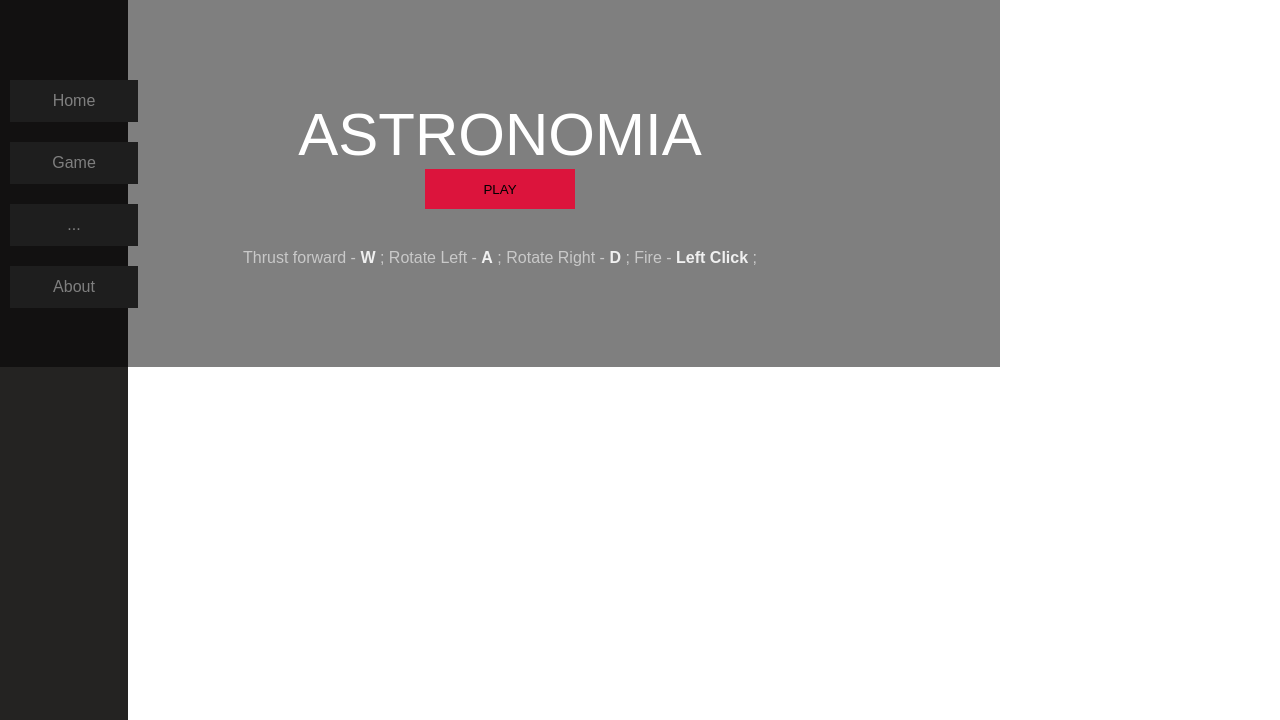
Repository: LaukiniXs/astronomia
Page: index.html
These files come from the project's save history. The page is drawn as it stood at one moment and after the next save; the edit follows.
The browser window is 1280 px wide. The pictures show the whole page.

Above is the page before, as saved 2020-05-18 13:22:11.
Not found: index.ts

### index.html
<html>
	<head>
	<meta charset="UTF-8">
		<title>Fully fledged page</title>
			<link rel="stylesheet" type="text/css" href="style.css">

	</head>
	<body>
		<div id="sidebar">
		<button class="button" style="height:42px; width: 100%; margin-top: 80px;"><a href="">Home</a></button>
		<button class="button" style="height:42px;"><a href="">Game</a></button>
		<button class="button" style="height:42px;"><a href="">...</a></button>
		<button class="button" style="height:42px;"><a href="">About</a></button>
		</div>
		<div id="clearFloat"></div>
		<div id="gamediv">
			<div id="splash">
				<p id="title">ASTRONOMIA</p>
				<button id="play-btn">PLAY</button>
				<p id="controls"> Thrust forward - <span class="controlBtn">W</span> ;
					Rotate Left - <span class="controlBtn">A</span> ;
					Rotate Right - <span class="controlBtn">D</span> ;
					Fire - <span class="controlBtn">Left Click</span> ;</p>
			</div>
			<div id="gameover">
				<p>Game Over</p>
				<p id="tip">Refresh the page to try again</p>
			</div>
			<div id="log"></div>
			<audio id="backgroundMusic" src="./audio/backgroundMusic.mp3" preload loop></audio>
			<script id="game" src="./index.ts"></script>
		</div>
	</body>

</html>

### style.css
* {
    margin: 0px;
    padding: 0px;
    font-family: Arial, Helvetica, sans-serif;
}
#sidebar {
    float: left;
    background-color:#242322;
    width: 10%;
    height: 100%;
}
.button {
    border: 0;
    background: #3d3d3d;
    color: white;
    font-family: Arial, Helvetica, sans-serif;
    font-size: 16px;
    line-height: 18px;
    white-space: nowrap;
    text-decoration: none;
    width: 100%;
    margin: 10px;
    cursor: pointer;
  }
  .floatRight{
    float: right;

  }
  .clearFloat{
    clear: both;
  }
  a {
   text-decoration: none;
    color: white;
  }
  #contents{
    word-wrap: break-word;
    float: left;
    width: 40%;
    height: 100%;
    background-color: violet;
  }
  .contentText{
    margin: 50px 10px;
    font-size: 20px;
  }
  #splash {
    float: left;
    z-index: 10;
    position: absolute;
    background: rgba(0, 0, 0, 0.5);
    width: 1000px;
    padding: 100px 0;
    text-align: center;
}

#play-btn {
    width: 150px;
    height: 40px;
    background-color: crimson;
    border: 0px;
}

#title {
    color: white;
    font-size: 60px;
    font-family: Arial, Helvetica, sans-serif;
}

#controls {
    color: #c9c9c9;
    font-family: Arial, Helvetica, sans-serif;
    padding-top: 40px;
}

.controlBtn {
    font-weight: bold;
    color: #f0f0f0;
}

#gameover {
  float: left;
    display: none;
    color: white;
    position: absolute;
    background: rgba(0, 0, 0, 0.5);
    width: 1000px;
    padding: 170px 0;
    text-align: center;
    font-size: 60px;
    font-family: Arial, Helvetica, sans-serif;
}
#tip{
    font-size: 20px;
    font-family: Arial, Helvetica, sans-serif;
}
#game{
  margin-top: 30px;
  float: left;
}

After the next save:
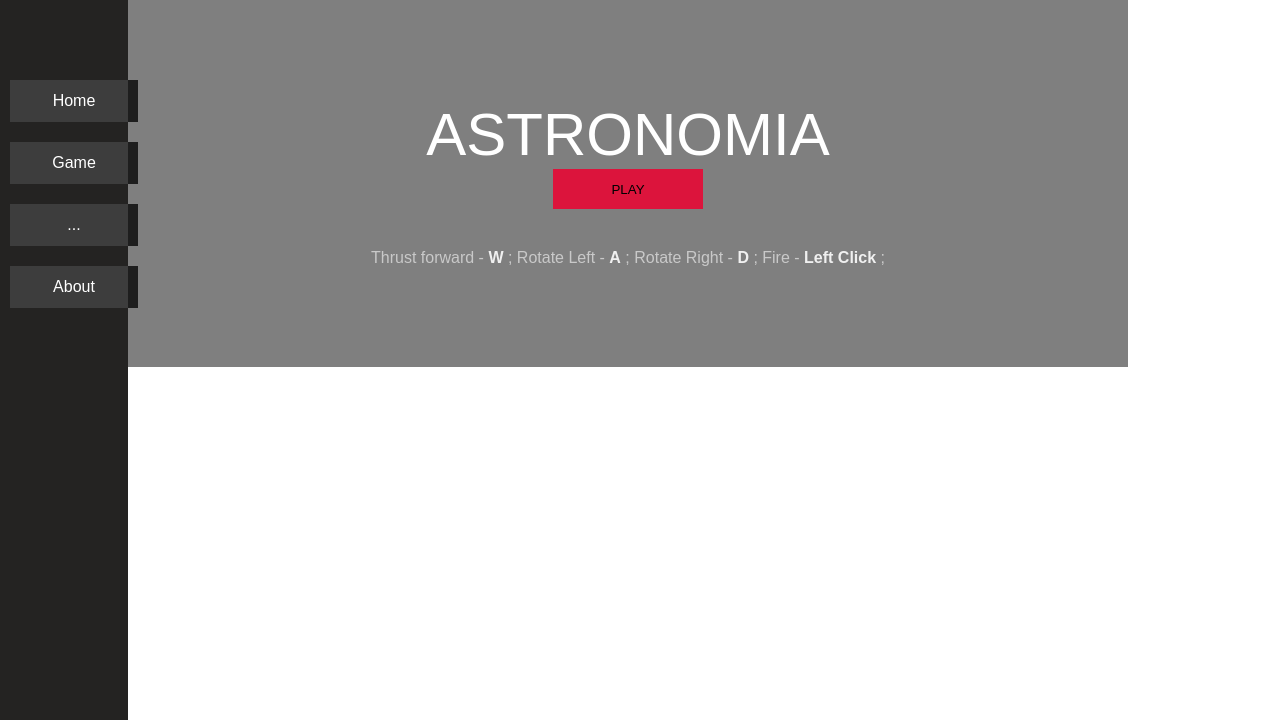
Saved 18 s later.
--- a/style.css
+++ b/style.css
@@ -98,3 +98,7 @@
   margin-top: 30px;
   float: left;
 }
+#gamediv{
+float: left;
+
+}
